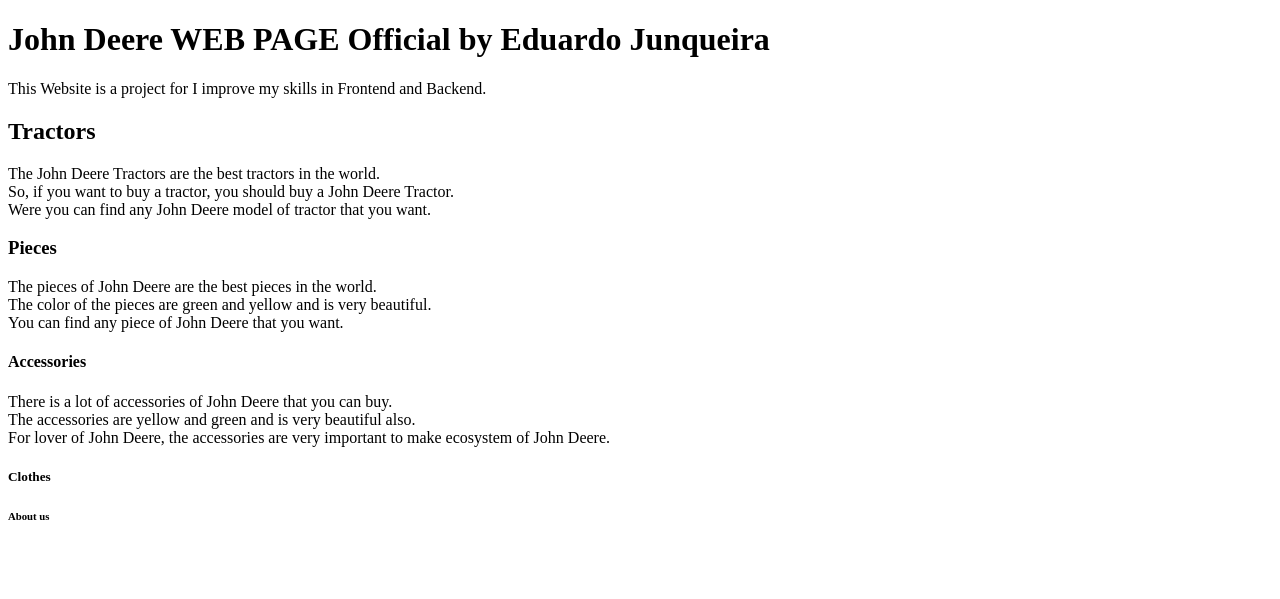
Repository: EduardoJunqueira2004/WEBJohnDeere
Page: index.html
An editor plug-in stored every save of this project. The page is shown before and after a run of saves, followed by the edit.
The browser window is 1280 px wide. The pictures show the whole page.

Above is the page before, as saved 2024-12-05 11:02:44.

After the next 12 saves:
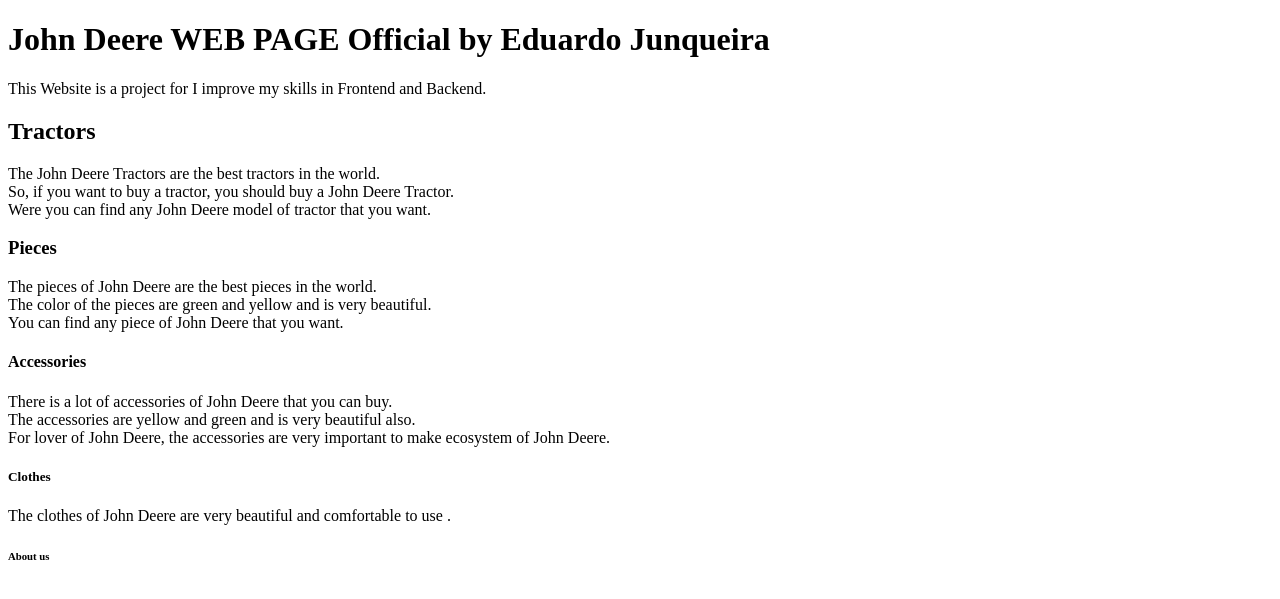
The 12 saves are shown as one change because they came seconds apart.
The last was saved 27 s later.
--- a/index.html
+++ b/index.html
@@ -35,7 +35,7 @@
     <!--heder5-->
     <h5>Clothes</h5>
     <p>
-
+        The clothes of John Deere are very beautiful and comfortable to use .<br>
     </p>
     <!--heder6-->
     <h6>About us</h6>
